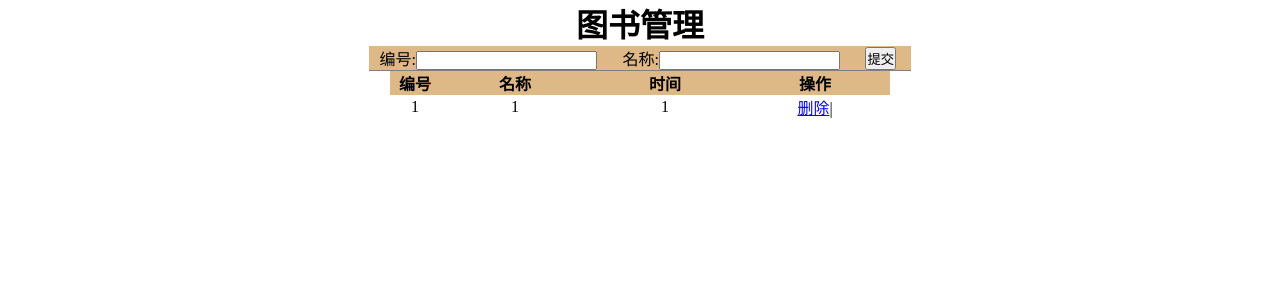
Repository: chenguocan/Vue_demo_1
Page: vue_demo_03/图书管理.html
The author's editor kept a copy of each file at every save. The page is drawn from the files as they stood at one save, then again after the next save.
The browser window is 1280 px wide. The pictures show the whole page.

Above is the page before, as saved 2020-07-22 09:32:00.

After the next save:
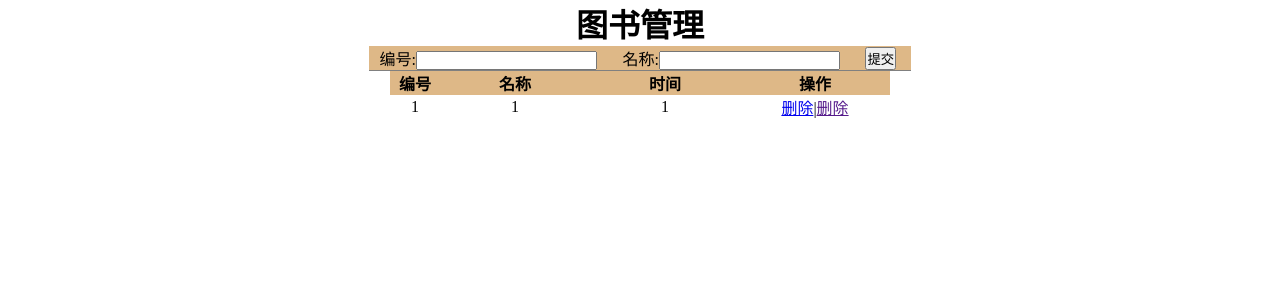
Saved 7 s later.
--- a/vue_demo_03/图书管理.html
+++ b/vue_demo_03/图书管理.html
@@ -66,7 +66,7 @@
               <td>1</td>
               <td>1</td>
               <td>1</td>
-              <td><a href="#">删除</a>|</td>
+              <td><a href="#">删除</a>|<a href="">删除</a></td>
             </tr>
           </tbody>
         </table>
